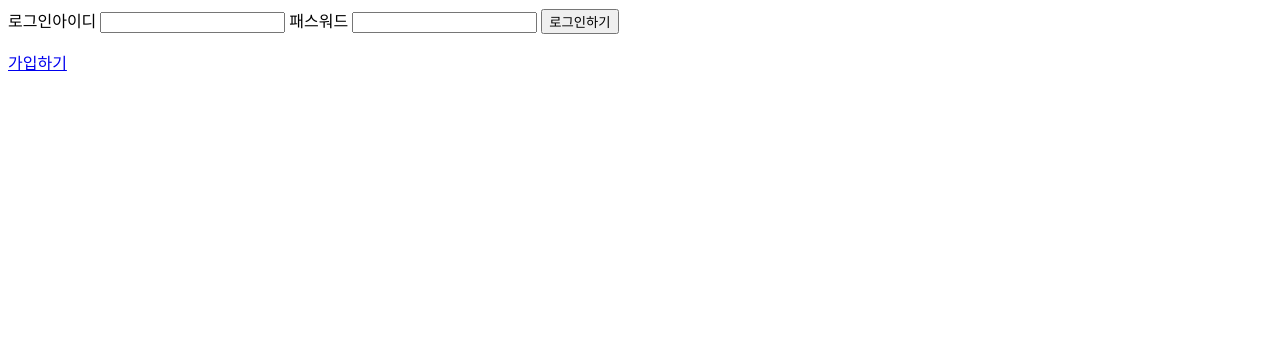
Repository: 2018YoungJinCollege-Com-3WDJ-3Group/WebCode
Page: http://localhost/login
The author's editor kept a record of every edit. The page is drawn from the files as they stood at one moment, then again after the next edit.
The browser window is 1280 px wide. The pictures show the whole page.
The page is served by the project's Laravel application, run on PHP 8.4 with Laravel 8. Other server files are loaded and not shown.

Above is the page before.

### 20180326/project/routes/web.php
<?php

/*
|--------------------------------------------------------------------------
| Web Routes
|--------------------------------------------------------------------------
|
| Here is where you can register web routes for your application. These
| routes are loaded by the RouteServiceProvider within a group which
| contains the "web" middleware group. Now create something great!
|
*/
//개인적으로 쓰이는 test파일 경로
Route::get('minsuk',function(){
   return view('minsuk');
});



Route::get('/test',function(){
    return view('test');
});
//사이트 접속시 첫 페이지
Route::get('/', function (){
    return view('project');
});

//mobile게시판 라우트
Route::resource('Msellboard','MoblieSellBoardController');
//게시판라우트
Route::resource('sellboard','SellBoardController');
//게시판 검색 라우트
Route::get('sellboard/search','SellBoardController@search')->name('sellboard.search');

//메인페이지 라우트
Route::resource('main','MainController');
//메인페이지 외부악보 라우트
Route::post('main/transfer','MainController@transfer')->name('upload');



//로그인 계정 관리
Route::get('login','Auth\LoginController@getLogin')->name('getLogin');
Route::post('login','Auth\LoginController@postlogin')->name('postLogin');
Route::get('logout','Auth\LoginController@getLogout')->name('getLogout');
Route::get('register','Auth\RegisterController@getRegister')->name('getRegister');
Route::post('register','Auth\RegisterController@postRegister')->name('postRegister');
//Route::post('duplication','Auth\RegisterController@namecheck')->name('duplication');

//패스워드 초기화 링크 요청 routes..
Route::get('password/email','Auth\ResetPasswordController@getEmail')->name('getEmail');
Route::post('password/email','Auth\ResetPasswordController@postEmail')->name('postEmail');
//패스워드 초기화
Route::get('password/reset/{token}','Auth\ResetPasswordController@getReset')->name('getReset');
Route::post('password/reset','Auth\ResetPasswordController@postReset')->name('postReset');
//마이 악보 페이지 보여주기
Route::get('score','PersonalController@getScore')->name('getScore');

### 20180326/project/app/Http/Controllers/Auth/LoginController.php
<?php
namespace App\Http\Controllers\Auth;
use DB;
use App\User;
use Illuminate\Http\Request;
use App\Http\Controllers\Controller;
use Illuminate\Foundation\Auth\AuthenticatesUsers;

class LoginController extends Controller
{
    /*
    |--------------------------------------------------------------------------
    | Login Controller
    |--------------------------------------------------------------------------
    |
    | This controller handles authenticating users for the application and
    | redirecting them to your home screen. The controller uses a trait
    | to conveniently provide its functionality to your applications.
    |
    */

    use AuthenticatesUsers;

    /**
     * Where to redirect users after login.
     *
     * @var string
     */
    protected $redirectTo = '/home';
    protected $loginPath ='/login';

    /**
     * Create a new controller instance.
     *
     * @return void
     */
    public function __construct()
    {
        session_start();
        $this->middleware('guest')->except('logout');
    }
    public function getLogin()
    {
        return view('user.login');
    }
     public function postLogin(Request $request)
    {
        //

        $name=$request->get('name');
        $password=$request->get('password');
        $bool=DB::table('users')->where([['name', $name],['password',$password]])->exists();

        if($bool)
        {
           $request->session()->put('is_login', true);
            $user = DB::table('users')->where('name',  $name)->first();
            $request->session()->put('user_name',$user->name);
            $request->session()->put('user_id',$user->id);
            return redirect('/');

            /*//모바일
            $s_id=session_id();
            $arr=array('check'=>$bool,'session_id'=>$s_id);

            $user = DB::table('users')->where('name',  $name)->first();

            $result=array_merge($arr,(array)$user);
            return json_encode($result);
            */
        }
        else{
            return redirect('/login');

            /*//모바일
            $result=array('check'=>$bool);
            return json_encode($result);*/
        }
    }
    public function getLogout(Request $request){
            $request->session()->put('is_login', false);
            return redirect('/');
    }


}

### 20180326/project/resources/views/user/login.blade.php
<html>
    <body>
        <form method="get" action="{{route('postLogin')}}">
            <!-- <input type="hidden" name="_token" value="{{csrf_token()}}"/>-->
            <label for="id">로그인아이디</label>
            <input type='text' name='name' value="{{old('name')}}">
            <!--button onclick="name_check()">중복체크</button>-->
            <label for="password">패스워드</label>
            <input type="password" name="password" value="{{old('password')}}"/>
            <input type="submit" value='로그인하기'/>
        </form>
        @if($errors->any())
        <div class="alert alert-danger" role="alert">
            <span class="glyphicon glyphicon-exclamation-sign"></span>
            <span class="sr-only">Error:</span>
            @foreach($errors->all() as $message)
                {{$message}}
            @endforeach
        </div>
    @endif
    <a href="{{route('getRegister')}}">가입하기</a>
    </body>
</html>

### 20180326/project/resources/views/layouts/master.blade.php
<!doctype html>
<html lang="{{ app()->getLocale() }}">
<head>
    <meta charset="UTF-8">

    <!--Bootstrap frame work-->
    <link rel="stylesheet" href="{!! asset('css/bootstrap.css') !!}">
    <link rel="stylesheet" href="{!! asset('css/bootstrap-theme.css') !!}">
    <script src="{{asset('js/bootstrap.js')}}"></script>

    <!--개인용 css 링크-->
    <link rel="stylesheet" href="{!! asset('css/persnoal.css?ver=2') !!}">





    <style>
        .drop-zone {
            width:200px;
            height:200px;
            text-align:center;
            background-color:gray;
            border:2px dashed black;
            border-radius:10px;
            position: relative;
            display:inline;
        }


        .content {
            text-align: center;
        }
        .user_icon{
            text-align: right;
        }
    </style>
</head>
<body>
    <script src="{{asset('js/jquery-3.3.1.js')}}"></script>
<div class="content" style="margin: auto;">
    <div style="margin: auto;">
        <a href="{{ url('/') }}"><img src="/img/logotype_icon.png"></img></a>
    </div>

    <!-- image size : 75px -->
    <div class="user_icon">
        @if(session()->get('is_login'))
        <a href="{{route('getScore')}}"><img src="/img/op_folder_icon_resized50px.png"></a>
        <a href="https://placeholder.com"><img src="/img/myInfo_icon_resized50px.png"></a>
        <a href="{{route('getLogout')}}"><img src="/img/logout_icon_resized50px.png"></a>
        @else
        <a href="{{route('getLogin')}}"><img src="/img/login_icon.png"></a>
        @endif

    </div>

    <div>
        <form method="get" action="{{route('sellboard.search')}}">
        <select name="search_tag">
                        <option value="1">제목</option>
                        <option value="2">내용</option>
                        <option value="3">저작자</option>

        </select>
        <input type="text" name="search"><input type="submit" value="검색하기">
        </form>
    </div>

    <!-- image size : 75px -->
    <div class="menu_icon">
        <a href="{{route('main.index')}}"><img src="/img/mk_score_icon_resized75px.png"></a>
        <a href="https://placeholder.com"><img src="/img/dl_file_icon_resized75px.png"></a>
        <a href="https://placeholder.com"><img src="/img/trophy_icon_resized75px.png"></a>
        <a href="{{route('sellboard.index')}}"><img src="/img/community_icon_resized75px.png"></a>
        <a href="https://placeholder.com"><img src="/img/helping_icon_resized75px.png"></a>
    </div>

    @yield('content')
</div>
</body>
</html>

### 20180326/project/public/css/persnoal.css
#pianoTable{
    font-size: 7pt;
    width : 26px;

    vertical-align: middle;

}

#theadOfPianoTable>th{
    background-image: url("../img/cell_head.png");
    background-size: 25;
    text-align: center;

}

.cell-piano{
    text-align: center;
    background-color: white;
    background-image: url("../img/cell_unput.png");
    background-size: cover;



}

.cell-piano:hover{
    background-color: green;
    background-image: url("../img/cell_input.png");

}


.cell-piano-input{
    background-image: url("../img/cell_input.png");
    background-size: cover;
}



#theadOfPianoTable th:hover{
    background-color: black;
    color: white;
}


.line-focus {
    background-color: black;
    color: white;
    background-image: url("../img/cell_play.png");
    background-size: cover;
}


.crossFocus {
    background-image: url("../img/cell_cross.png");
    background-size: cover;
    font-weight: bold;
    color: white;
}

.cell-melody{
    background-image: url("../img/cell_melody.png");
    background-size: cover;
}

.tempImage{
    content: url("../img/mk_score_icon.png");
    width:25px;
    height:25px;
    display:inline;
}

#scoreInfo{
    text-align:left;
    margin-top:50px;
    margin-bottom:30px;
    border:solid;
}

#scoreInfo>*{

    margin-bottom:5px;
}

Loaded but not shown: 20180326/project/app/Http/Controllers/Controller.php (common file); 20180326/project/public/css/bootstrap.css (library); 20180326/project/public/css/bootstrap-theme.css (library); 20180326/project/public/js/bootstrap.js (library); 20180326/project/public/js/jquery-3.3.1.js (library)

After the next edit:
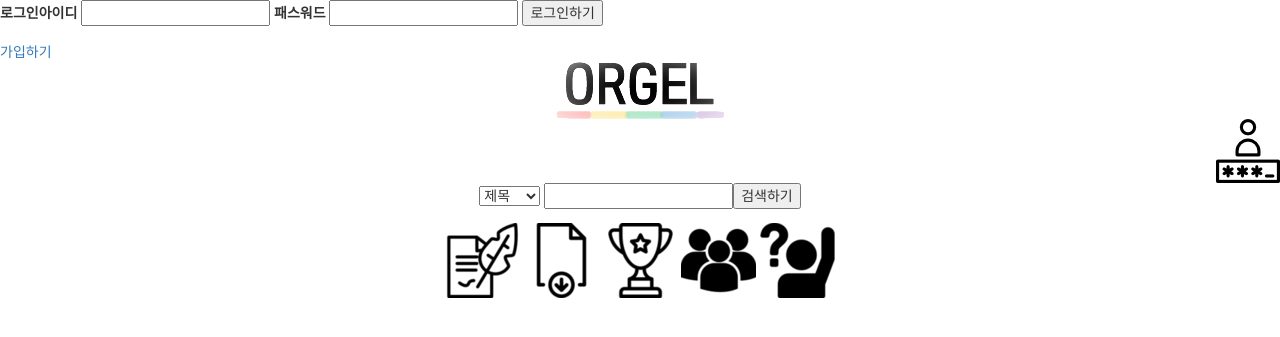
Console error (its wording comes from the project's code and is left out).
The edit:
--- a/20180326/project/resources/views/user/login.blade.php
+++ b/20180326/project/resources/views/user/login.blade.php
@@ -1,6 +1,6 @@
-<html>
-    <body>
-        <form method="get" action="{{route('postLogin')}}">
+@extends('layouts.master')
+@section('content')
+        <form method="post" action="{{route('postLogin')}}">
             <!-- <input type="hidden" name="_token" value="{{csrf_token()}}"/>-->
             <label for="id">로그인아이디</label>
             <input type='text' name='name' value="{{old('name')}}">
